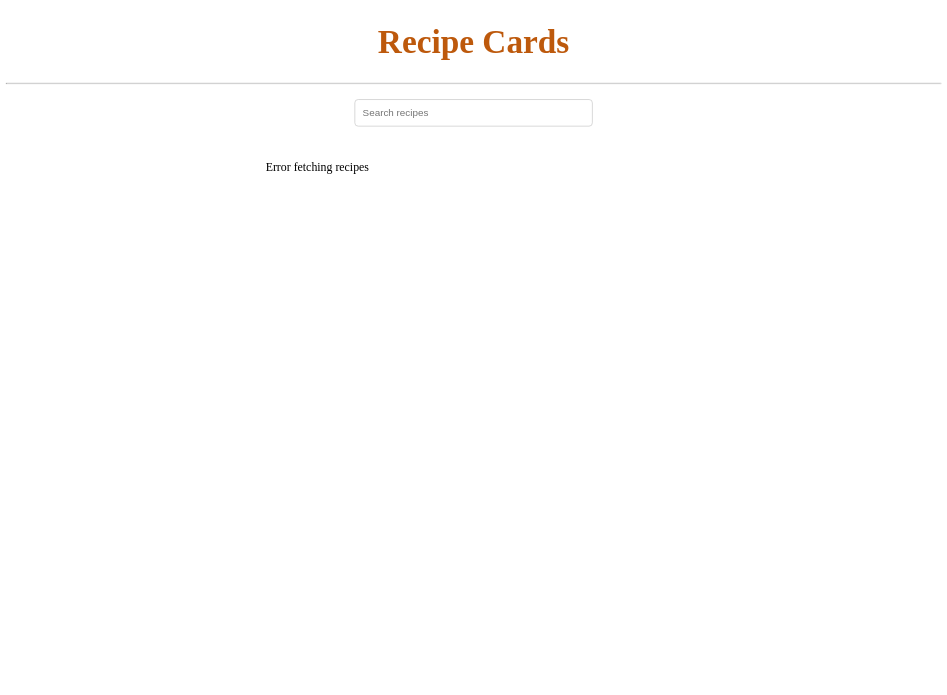
Repository: SharonSebastian32/food-search-filter-
Page: index.html
The author's editor kept a copy of each file at every save. The page is drawn from the files as they stood at one save, then again after the next save.
The browser window is 1280 px wide. The pictures show the whole page, at 74% of full size.
The page's requests for data from a server got no answer.

Above is the page before, as saved 2024-10-11 12:40:21.

After the next save:
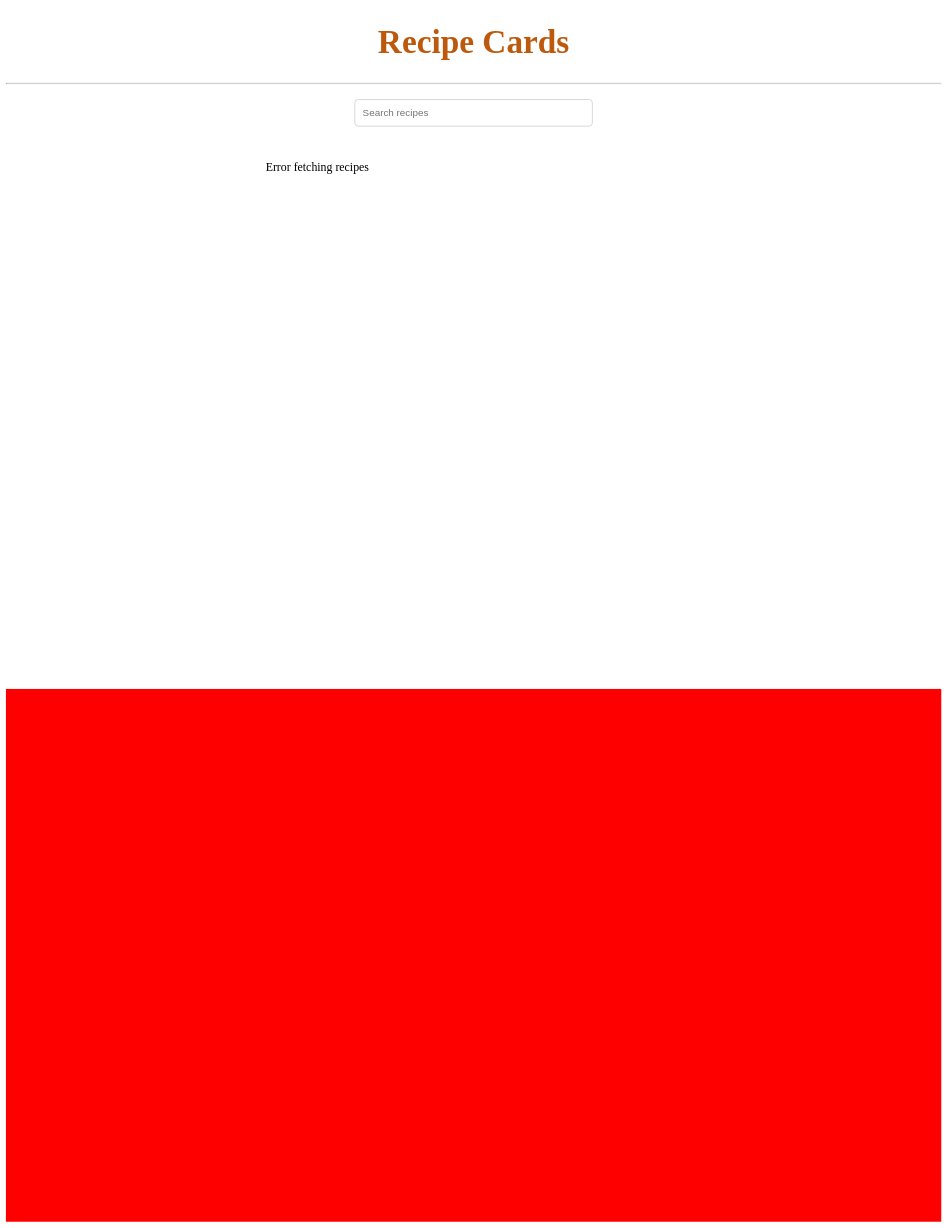
Saved 5 s later.
--- a/index.html
+++ b/index.html
@@ -66,11 +66,7 @@
 
     <div id="recipe-root" class="card-container"></div>
 
-
-
-    <section style="background-color: red;">
-
-    </section>
+    <section style="background-color: red; height: 100vh"></section>
 
     <script src="./index.js"></script>
   </body>
